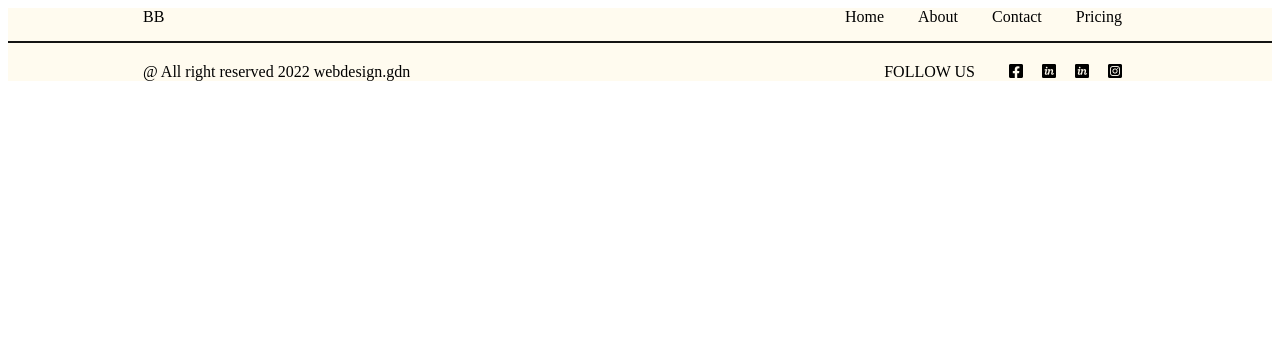
Repository: ngocphuocha/4lifeteam-marketing-agency
Page: index.html
These files come from the project's save history. The page is drawn as it stood at one moment and after the next save; the edit follows.
The browser window is 1280 px wide. The pictures show the whole page.

Above is the page before, as saved 2023-03-13 16:19:26.

### index.html
<!DOCTYPE html>
<html lang="en">
  <head>
    <meta charset="UTF-8" />
    <meta http-equiv="X-UA-Compatible" content="IE=edge" />
    <meta name="viewport" content="width=device-width, initial-scale=1.0" />
    <title>Landing page</title>
    <!-- hoang nhi css -->
    <link rel="stylesheet" href="css/footer-service.css" />
    <link rel="stylesheet" href="https://use.fontawesome.com/releases/v5.15.4/css/all.css" integrity="sha384-DyZ88mC6Up2uqS4h/KRgHuoeGwBcD4Ng9SiP4dIRy0EXTlnuz47vAwmeGwVChigm" crossorigin="anonymous"/>
  </head>
  <body>
    <!-- Our service (Hoang nhi) -->

    <!--  our service (hoang nhi) -->
  </body>


    <div class="background-footer">
          <div class="container">
            <div class="footer-left">
              <span>BB</span>
            </div>
            <div class="footer-right">
              <span>Home</span>
              <span>About</span>
              <span>Contact</span>
              <span>Pricing</span>
            </div>
          </div>
          <div class="footer">
            <div class="text-left">
              <span>@ All right reserved 2022 webdesign.gdn</span>
            </div>
            <div class="text-right">
              <span>FOLLOW US</span>
              <i class="fab fa-facebook-square"></i>
              <i class="fab fa-invision"></i>
              <i class="fab fa-invision"></i>
              <i class="fab fa-instagram-square"></i>
            </div>
          </div>
          <!-- <div class="list-left">
            <a>dsadsa</a>
          </div>
          <div class="list-right">
            <ul>
              <li>
                <a>Home</a>
              </li>
              <li>
                <a>About</a>
              </li>
              <li>
                <a>Contact</a>
              </li>
              <li>
                <a>Pricing</a>
              </li>
            </ul>
          </div>
          <div class="navbar">
            <a style="color: white;">dsadsa</a>
          </div>
          <div class="footer-text">
            <a>@ All right reserved 2022 webdesign.gdn</a>
          </div>
          <div class="footer-icons">
            <ul>
              <li>
                <a>FOLLOW US</a>
              </li>
              <li>
                <i class="fab fa-facebook-square"></i>
              </li>
              <li>
                <i class="fab fa-invision"></i>

              </li>
              <li>
                <i class="fab fa-twitter-square"></i>
              </li>
              <li>
                <i class="fab fa-instagram-square"></i>
              </li>

            </ul>
          </div> -->

    </div>
</html>

### css/footer-service.css
/*

.background-footer{
    width: 100%;
    background: #FFFBEF;
}

.background-footer .footer-text{
    margin-left: 135px;
}



.background-footer .list-right{
   float: right;
}

.background-footer .list-right ul{
   display: flex;
   list-style: none;
   margin-right: 135px;
 }
 .background-footer .list-right ul li{
    padding-left: 30px;
  }

  .background-footer .navbar{
    float: left;
    border-bottom: 2px solid rgba(5, 5, 5, 0.938);
    width: 1250px;
    margin-left: 135px;
    margin-right: 135px;
 }
 .background-footer .footer-text{
    float: left;
    padding-top: 34px;
 }

 .background-footer .footer-icons{
    float: right;
    padding-top: 34px;
 }

 .background-footer .footer-icons ul{
    display: flex;
    list-style: none;
    margin-right: 135px;
 }
 .background-footer .footer-icons ul li{
    padding-left: 12px;

 }
 .background-footer .footer-icons ul li a{
    text-decoration: none;
 }



  */


  .background-footer{
    background: #FFFBEF;
  }

  .background-footer .container{
    display: flex;
    justify-content: space-between;
    align-items: center;
    padding: 0px 135px 15px;
    border-bottom: 2px solid rgba(5, 5, 5, 0.938);
    margin-bottom: 20px;
  }

  .background-footer .container .left{

  }

  .background-footer .container .footer-right span{
    padding: 0px 15px;
  }

  .background-footer .footer{
    display: flex;
    align-items: center;
    justify-content: space-between;
    padding: 0px 135px;
  }

  .background-footer .footer .text-right{
    padding-right: 15px;
  }
  .background-footer .footer .text-right span{
    padding: 0px 15px;
  }
  .background-footer .footer .text-right i{
    padding-left: 15px;
  }

After the next save:
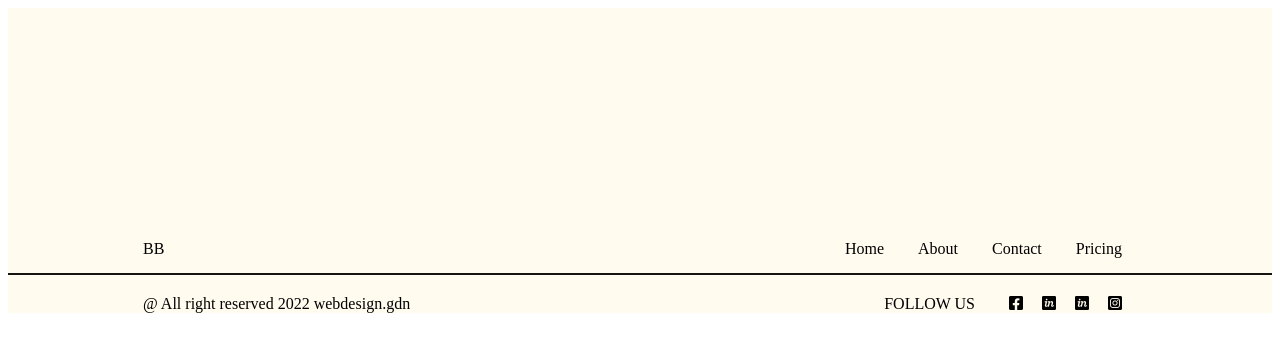
Saved 31 s later.
--- a/css/footer-service.css
+++ b/css/footer-service.css
@@ -61,6 +61,7 @@
 
   .background-footer{
     background: #FFFBEF;
+    padding-top: 232px;
   }
 
   .background-footer .container{
